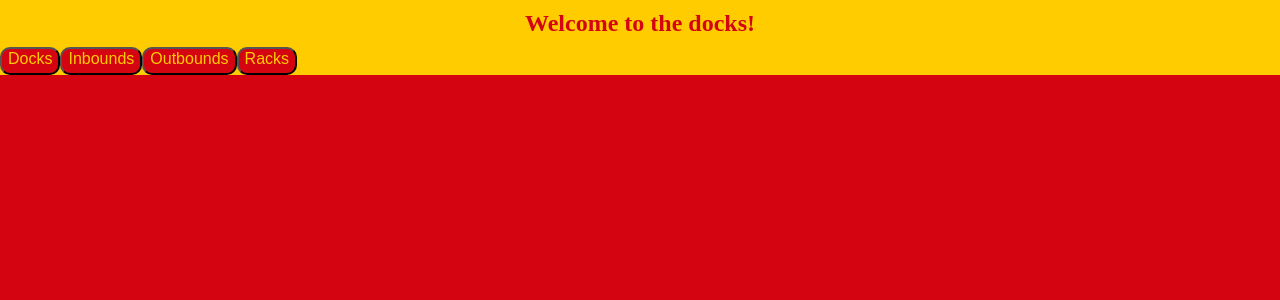
Repository: charliejp0311/java-final-proj
Page: dockWalk-frontend/index.html
These files come from the project's save history. The page is drawn as it stood at one moment and after the next save; the edit follows.
The browser window is 1280 px wide. The pictures show the whole page.
The page's requests for data from a server got no answer.

Above is the page before, as saved 2020-09-05 10:25:34.

### dockWalk-frontend/index.html
<!DOCTYPE html>
<html lang="en" dir="ltr">
    <head>
        <meta charset="utf-8">
        <link rel="stylesheet" href="style.css">
        <link rel='icon' href='images/favicon.ico'>
        <title>Dock Walk</title>
    </head>
    <body>
        <header>
            <h2>Welcome to the docks!</h2>
        </header>
        <main id="dock">

        </main>
    </body>
    <script type="application/javascript" src="src/index.js" charset="UTF-8"></script>
    <script type="application/javascript" src="src/discovery.js" charset="UTF-8"></script>
    <script type="application/javascript" src="src/dock.js" charset="UTF-8"></script>
    <script type="application/javascript" src="src/door_ranges.js" charset="UTF-8"></script>
    <script type="application/javascript" src="src/door.js" charset="UTF-8"></script>
</html>

### dockWalk-frontend/style.css
body {
    margin: 0;
    padding: 0;
    background-color: #D40511;
}

header {
    background-color: #FFCC00;
    color: #D40511;
    margin: 0 auto;
    height: 75px;
}
img {
    align-self: left;
}
header h2 {
    text-align: center;
    padding: 10px;
    margin: 0;
}

main {
    display: grid;
    grid-template-columns: 1fr;
    grid-template-rows: auto;
    grid-gap: 25px;
    padding-top: 10px;
    padding-bottom: 30px;
}

div.card {
    background-color: #FFCC00;
    height: auto;
    width: auto;
    box-shadow: 10px 10px grey;
    padding: 10px;
    border-radius: 10px;
}

div.doorCard {
    /* background-color: #D40511;
    box-shadow: 10px 10px grey;
    padding: 10px;
    border-radius: 10px; */
}

p {
    font-size: .75em;
    color: black;
    font-family: Helvetica;
}
ul {
    padding: 20px;
}
td {
    padding: 20px;
}

li {
    font-size: 1.05em;
    list-style: none;
    padding-right: 20px;
    text-align: center;
}

button {
    font-size: 1em;
    color: #FFCC00;
    background-color: #D40511;
    border-radius: 10px;
    padding-bottom: 5px;
}

button.release {
    float: right;
    background-color: #E1332D;
}

@media only screen and (min-width: 500px) {
    main {
        grid-template-columns: 1fr 1fr;
    }
}

@media only screen and (min-width: 850px) {
    main {
        grid-template-columns: 1fr 1fr 1fr 1fr;
    }
}

### dockWalk-frontend/src/index.js
document.addEventListener("DOMContentLoaded", function () {
    let h = document.getElementsByTagName('header')[0]
    fetchDocks();
    let button1 = document.createElement('button')
    button1.innerText = "Docks"
    button1.addEventListener('click', (e)=>{window.location.reload()})
    let button2 = document.createElement('button')
    button2.addEventListener('click',(e)=>{
        dispDrCards(doorWithIn(), "Inbounds")
    })
    button2.innerText = "Inbounds"
    let button3 = document.createElement('button')
    button3.addEventListener('click',(e)=>{
        dispDrCards(doorWithOut(), "Outbounds")
    })
    button3.innerText = "Outbounds"
    let button4 = document.createElement('button')
    button4.addEventListener('click',(e)=>{
        dispDrCards(doorWithRack(), "Racks")
    })
    button4.innerText = "Racks"
    h.appendChild(button1)
    h.appendChild(button2)
    h.appendChild(button3)
    h.appendChild(button4)
});

### dockWalk-frontend/src/discovery.js
class Discovery {
    constructor(dock, range, door, racks, stage, serviceable, s_comments, inbound_available, inbound_present, outbound_available, outbound_present, id = null) {
        this.id = id
        this.dock = dock
        this.range = range
        this.door = door
        this.racks = racks
        this.stage = stage
        this.serviceable =serviceable
        this.s_comments = s_comments
        this.inbound_available = inbound_available
        this.inbound_present = inbound_present
        this.outbound_available = outbound_available
        this.outbound_present = outbound_present
    }
}

### dockWalk-frontend/src/dock.js
class Dock {
    constructor(id,section,ranges =[]) {
        this.id =id
        this.section = section
        this.ranges = ranges
    }
}

//making an empty array of docks/ranges/doors to store js dock obj's in thought is to get all the objects and store them in an array
const dks = [];
const ranges = [];
const drs = [];

let createDock = (docks) => {
    let d = docks.data // dock data
    let inc = docks.included /// included doors and ranges
    let rngs = inc.filter(rng => rng.type === 'door_range')//array of ranges json
    let ports = inc.filter(prt => prt.type === 'door')//array of doors json

    //docks
    for (const section of d) {
        dks.push(new Dock(section.id, section.attributes.section))//creates java object and pushes it to the dks array of docks
        //ranges
        for (const range of rngs.filter(rng => rng.relationships.dock.data.id === section.id)) {
            ranges.push(new Range(
                section.id,
                section.attributes.id,
                range.attributes.range,
                range.id,
                range.attributes.racks
                ))//creating a range adding it to all ranges
            // debugger
            //doors
            for (const p of ports.filter(prt => prt.relationships.door_range.data.id === range.id)) {
                drs.push(new Door(
                    p.attributes.id,
                    section.id,
                    section.attributes.section,
                    range.attributes.range,
                    range.id,
                    p.attributes.racks,
                    p.attributes.number,
                    p.attributes.stage,
                    p.attributes.serviceable,
                    p.attributes.service_comments,
                    p.attributes.inbound_available,
                    p.attributes.inbound_present,
                    p.attributes.outbound_available,
                    p.attributes.outbound_present
                ))//creating door/port in this instance started getting confused LOL needed to change it
                ranges[ranges['length']-1].doors.push(drs[drs.length - 1])///adding door to this ranges 'doors' array
            }//crates all doors

            dks[dks.length-1].ranges.push(ranges[ranges.length-1])//adding range to dock
        }/// creates all ranges

    }//creates all docks
    // displays the docks
    displayDocks(dks)
}
let displayDocks = (docks)=>{

    for (const dock of docks) {
        dockCards(dock)
    }//sends all docks and their ranges to the dock card.
}
// gives the dock a section card might put the event listener here......
let dispDk = (dock)=>{
    let div = document.createElement('div')
    div.className = 'section'
    div.innerText = dock.section
    div.id = dock.id
    div.addEventListener('click', (e) => {
        displaySec(dks.filter(dk => dk.id === e.currentTarget.id)[0])
    })
    for (const r of dock.ranges) {
        /// working here you are sending each docks range to create a range card
        div.appendChild(dispRng(r))
    }
    return div
}

//grabs the main grid and adds cards
let dockCards = (dock) => {
    let body = document.getElementById('dock')
    let div = document.createElement('div')
    div.className = 'card'
    div.appendChild(dispDk(dock))
    body.appendChild(div)
}

///this is the individual dock section

let displaySec = (section) => {
    let h2 = document.getElementsByTagName('h2')[0]
    h2.innerText = `${section.section} - Door Ranges`
    let dock = document.getElementById('dock')
    dock.innerText = ""
    for (const rng of section.ranges) {
        let div = document.createElement('div')
        div.className = 'card'
        div.id = rng.id
        div.addEventListener('click',(e)=>{
            displayRange(ranges.filter(rng => rng.id === e.currentTarget.id)[0])
        })
        div.appendChild(dispRng(rng))
        dock.appendChild(div)
    }
}


let fetchDocks = () => {
    return fetch('http://localhost:3000/docks')
        .then(resp => resp.json())
        .then(json => createDock(json))
}

### dockWalk-frontend/src/door_ranges.js
class Range extends Dock {
    constructor(dock_id, dock_section, range, id, doors = []) {
        super(dock_id,dock_section)
        this.range = range
        this.id = id
        this.doors = doors
    }
}

let displayRange = (range) =>{
    let h2 = document.getElementsByTagName('h2')[0]
    h2.innerText = `${range.range} `
    let body = document.getElementById('dock')
    body.innerHTML = ""
    for (const dr of range.doors) {
        let div = document.createElement('div')
        div.className = 'card'
        div.appendChild(dispDr(dr))
        div.addEventListener("click", (e)=>{ displayDoor(dr)})
        body.appendChild(div)
    }
}

let dispRng = (range) =>{
    let div = document.createElement('div')
    div.className = "range"
    div.id = range.id
    div.innerText = range.range
    for (const door of range.doors) {
        if (door.stage === true || door.racks === true || door.inbound_present === true || door.inbound_available === true || door.outbound_present === true || door.outbound_available === true) {
            div.appendChild(dispDr(door))
        }
    }
    return div

}

let doorWithOut = () =>{
    return drs.filter(door=>door.outbound_present===true || door.outbound_available===true)
}

let doorWithIn = () => {
    return drs.filter(door => door.inbound_present === true || door.inbound_available === true)
}

let doorWithRack = () =>{
    return drs.filter(door => door.racks === true)

}

### dockWalk-frontend/src/door.js
class Door extends Range {
    constructor(id,dock_id,dock_section, range, range_id, racks, number, stage, serviceable, s_comments, inbound_available, inbound_present, outbound_available, outbound_present) {
        super(dock_id, dock_section, range, range_id)
        this.id = id
        this.number = number
        this.racks = racks
        this.stage = stage
        this.serviceable = serviceable
        this.s_comments = s_comments
        this.inbound_present = inbound_present
        this.inbound_available = inbound_available
        this.outbound_present = outbound_present
        this.outbound_available  = outbound_available
    }

}

let displayDoor = (door)=>{
    let h2 = document.getElementsByTagName('h2')[0]
    h2.innerText = `${door.number}`
    let body = document.getElementById('dock')
    body.innerHTML = ""
    let div = document.createElement('div')
    div.className = 'card'
    div.innerText = door.number
    let frm = doorForm(door)
    div.appendChild(frm)
    body.appendChild(div)
    ///need to set checks here for anything that is true
    for (const key in door) {
        if (door.hasOwnProperty(key)) {
            const element = door[key];
            if (element === true) {
                document.querySelector(`#${key}`).checked = true
            }
        }
    }
}

let doorForm = (door) => {
    let form = document.createElement('form')
    let comments = document.createElement('input')
    comments.type = "text"
    form.htmlFor = door
    form.id = door.id
    for (const key in door) {
        const element = door[key];
        let checkBox = document.createElement('input')
        checkBox.type = 'checkbox'
        let comments = document.createElement('input')
        comments.type = 'text'
        let lbl = document.createElement('label')
        switch (key) {
            case 's_comments':
                if (!door.serviceable) {
                    if (element !== '' && element !== null) {
                        lbl.innerText = `${element}`
                        form.appendChild(lbl)
                        form.innerHTML += '<br>'
                    }else{
                        lbl.innerText = `${key} ~`
                        form.appendChild(lbl)
                        form.innerHTML += '<br>'
                        comments.id = key
                        form.appendChild(comments)
                        form.innerHTML += '<br>'
                    }
                }
                break;
            default :
                if (element===true || element===false) {
                    lbl.innerText = key
                    checkBox.click()
                    checkBox.id = key
                    form.appendChild(lbl)
                    form.appendChild(checkBox)
                    form.innerHTML += '<br>'
                }
            break;
        }
    }

    let submit = document.createElement('button')
    submit.innerText = 'submit'
    submit.addEventListener('click', (e)=>{
        let formElmnts = e.target.parentNode.children
        if (formElmnts.s_comments) {
            let disc = new Discovery(door.section, door.range, door.number, formElmnts.racks.checked, formElmnts.stage.checked, formElmnts.serviceable.checked, formElmnts.s_comments.value, formElmnts.inbound_available.checked, formElmnts.inbound_present.checked, formElmnts.outbound_available.checked, formElmnts.outbound_present.checked)
            let configObj = {
                method: "POST",
                headers: {
                    "Content-Type":"application/json",
                    "Accept":"application/json"
                },
                body: JSON.stringify(disc)
            };
            return fetch('http://localhost:3000/discoveries',configObj)
        } else {
            let disc = new Discovery(door.section, door.range, door.number, formElmnts.racks.checked, formElmnts.stage.checked, formElmnts.serviceable.checked, door.s_comments, formElmnts.inbound_available.checked, formElmnts.inbound_present.checked, formElmnts.outbound_available.checked, formElmnts.outbound_present.checked)
            let configObj = {
                method: "POST",
                headers: {
                    "Content-Type": "application/json",
                    "Accept": "application/json"
                },
                body: JSON.stringify(disc)
            };
            return fetch('http://localhost:3000/discoveries', configObj)
        }
    })
    let update = document.createElement('button')
    update.innerText = 'update'
    update.addEventListener('click', (e)=>{
        let formElmnts = e.target.parentNode.children.querySelector('input')
        for (const key in formElmnts) {
            if (formElmnts.hasOwnProperty(key)) {
                const element = formElmnts[key];
                // if (element==='input') {
                    debugger;
                // }
            }
        }
        let configObj = {
            method: "PATCH",
            headers: {
                "Content-Type":"application/json",
                    "Accept":"application/json"
                },
                body: JSON.stringify()
            };
        return fetch('http://localhost:3000/doors',configObj)
    })
    form.appendChild(submit)
    form.appendChild(update)
    return form;

}


let dispDr = (door) => {
    let div = document.createElement('div')
    div.className = 'door'
    div.innerText = door.number
    div.id = door.id
    div.innerHTML += '<br/>'
    let tbl = document.createElement('tbl')
    let tdk = document.createElement('td')
    let tde = document.createElement('td')
    if (door.serviceable) {
        for (const key in door) {
            if (door.hasOwnProperty(key)) {
                if (key!=='serviceable') {
                    const element = door[key];
                    let trk = document.createElement('tr')
                    if (element === true) {
                        trk.innerText = `${key} `
                        tdk.appendChild(trk)
                    }
                    tbl.appendChild(tdk)
                }
            }
        }
    } else {
        let trk = document.createElement('tr')
        let tre = document.createElement('tr')
        trk.innerText = "OUT OF SERVICE"
        tre.innerText = door.s_comments
        tdk.appendChild(trk)
        tde.appendChild(tre)
        tbl.appendChild(tdk)
        tbl.appendChild(tde)

    }
    div.appendChild(tbl)
    return div
}

let dispDrCards = (doors,direction) =>{
    let h2 = document.getElementsByTagName('h2')[0]
    h2.innerText = `${direction}`
    let body = document.getElementById('dock')
    body.innerHTML = ""
    for (const dr of doors) {
        let div = document.createElement('div')
        div.className = 'card'
        div.appendChild(dispDr(dr))
        div.addEventListener("click", (e) => {
            displayDoor(dr)
        })
        body.appendChild(div)
    }
}

After the next save:
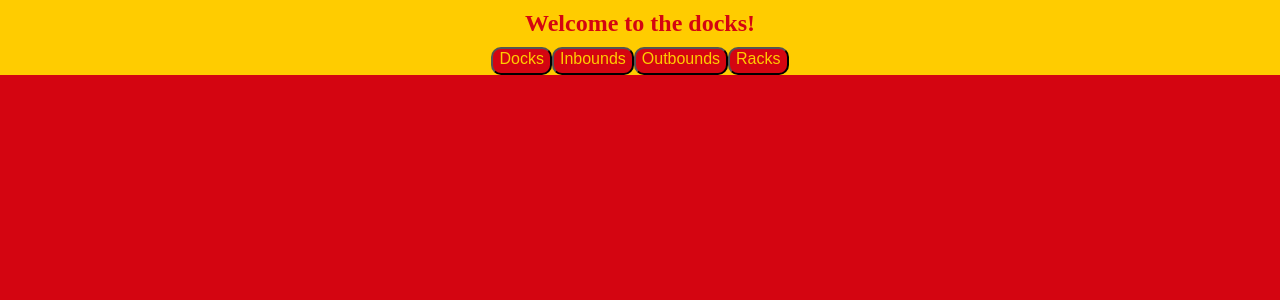
Saved 25 s later.
--- a/dockWalk-frontend/style.css
+++ b/dockWalk-frontend/style.css
@@ -9,12 +9,10 @@
     color: #D40511;
     margin: 0 auto;
     height: 75px;
+    text-align: center;
 }
-img {
-    align-self: left;
-}
+
 header h2 {
-    text-align: center;
     padding: 10px;
     margin: 0;
 }
